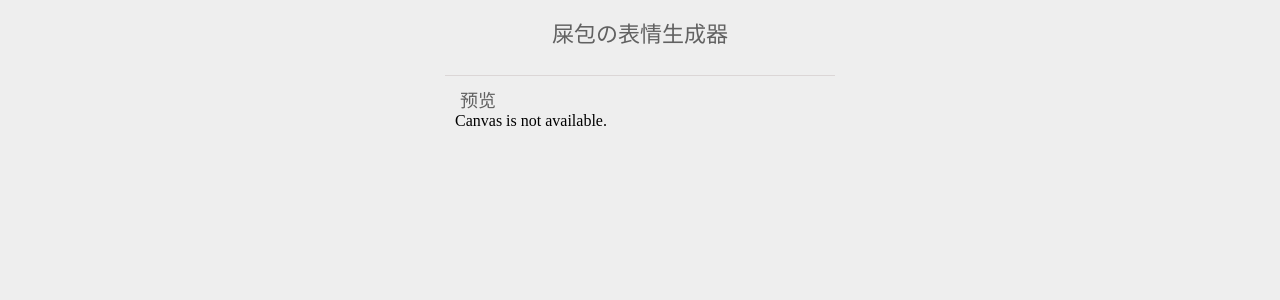
Repository: long-zuyang/shibao
Page: /
An editor plug-in stored every save of this project. The page is shown before and after the next save, followed by the edit.
The browser window is 1280 px wide. The pictures show the whole page.
The project was rebuilt for these pictures with package versions that can differ from the ones it lists, and the page was loaded fresh each time. Also part of the build but not shown: vite.config.ts.

Above is the page before, as saved 2023-06-29 21:07:32.

After the next save:
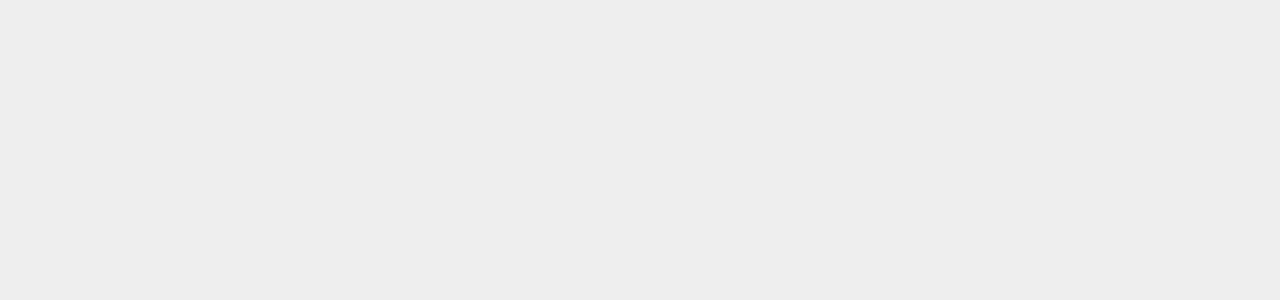
Console error: ReferenceError: Cannot access 'canvas' before initialization
Saved 9 s later.
--- a/src/components/CanvasDraw.tsx
+++ b/src/components/CanvasDraw.tsx
@@ -5,7 +5,7 @@
   const canvasRef = useRef<HTMLCanvasElement>(null);
 
   useEffect(() => {
-    if (!canvasRef.current) {
+    if (canvas) {
       return;
     }
 

After the 6 saves that followed:
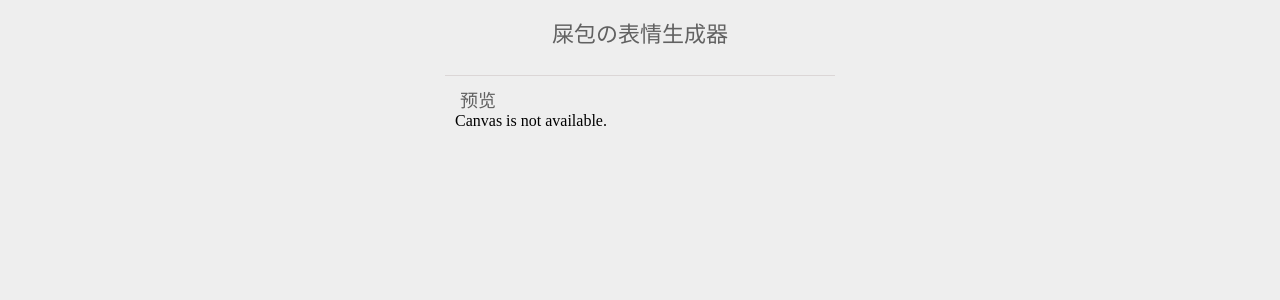
The error is gone.
The 6 saves are shown as one change because 3 left the picture as it was and some came seconds apart.
The last was saved 29 s later.
--- a/src/components/CanvasDraw.tsx
+++ b/src/components/CanvasDraw.tsx
@@ -5,11 +5,11 @@
   const canvasRef = useRef<HTMLCanvasElement>(null);
 
   useEffect(() => {
-    if (canvas) {
+    const canvas = canvasRef.current;
+    if (canvas == null) {
       return;
     }
 
-    const canvas = canvasRef.current;
     const ctx = canvas.getContext('2d');
 
     // 创建头像图片
